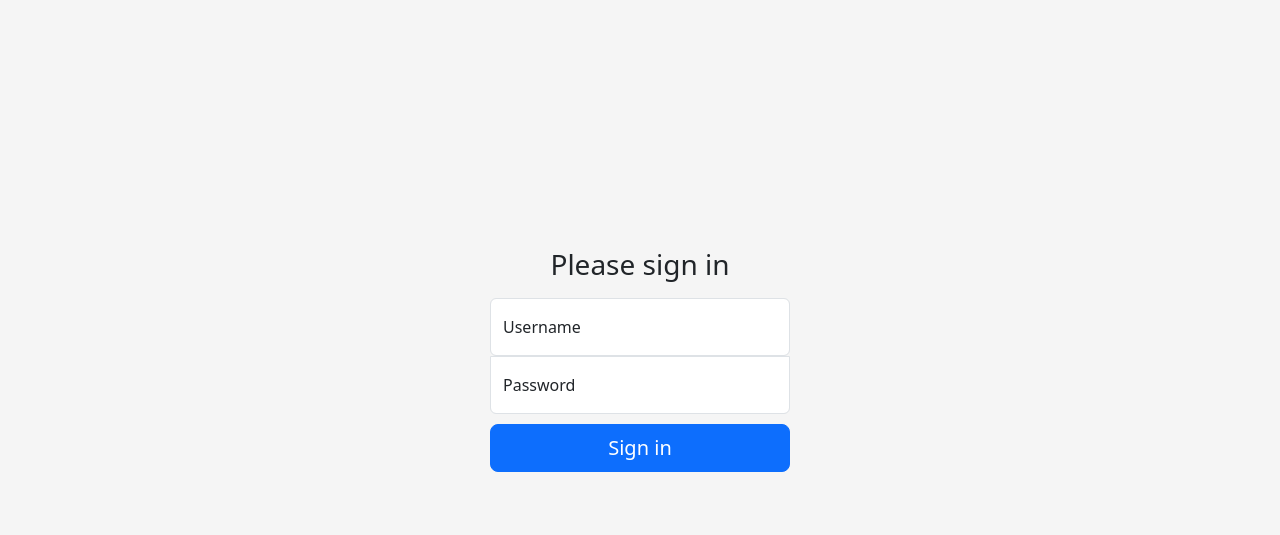
Repository: bjorgkav/payretolive
Page: http://localhost/
The author's editor kept a copy of each file at every save. The page is drawn from the files as they stood at one save, then again after a run of saves.
The browser window is 1280 px wide. The pictures show the whole page.
The page is served by the project's application, run on Django 4.2 (manage.py).

Above is the page before, as saved 2023-03-03 17:23:42.

After the next 3 saves:
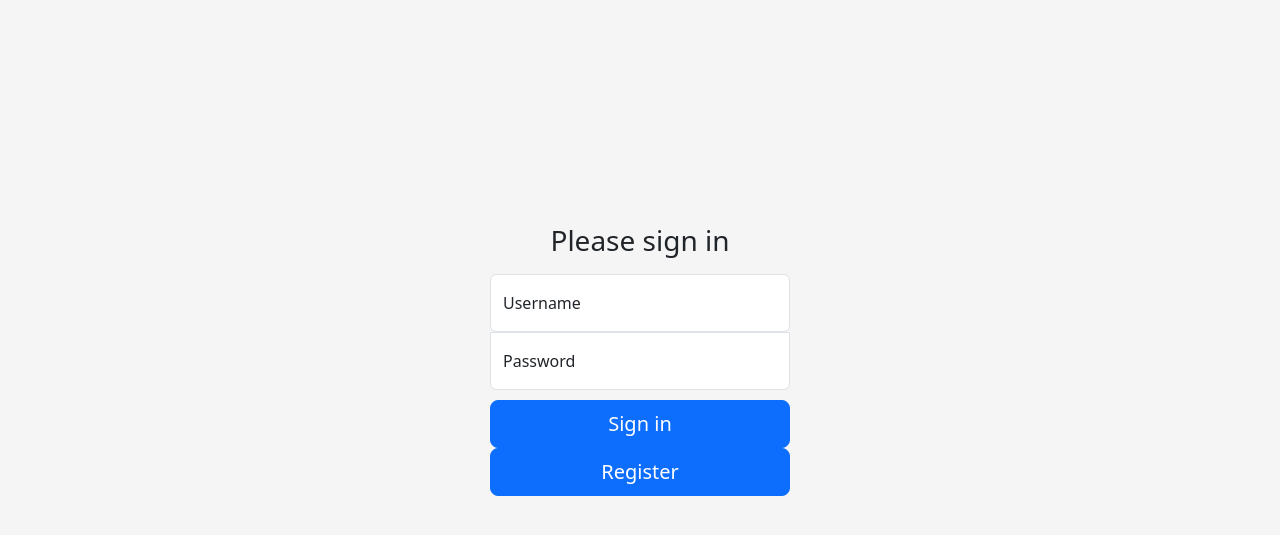
The 3 saves are shown as one change because 2 did not build or start.
The last was saved 93 s later.
--- a/login/templates/index.html
+++ b/login/templates/index.html
@@ -81,6 +81,7 @@
       <label for="floatingPassword">Password</label>
     </div>
     <button class="w-100 btn btn-lg btn-primary" type="submit">Sign in</button>
+    <a href=""><button class="w-100 btn btn-lg btn-primary" type="button">Register</button></a>
   </form>
 </main>
 
